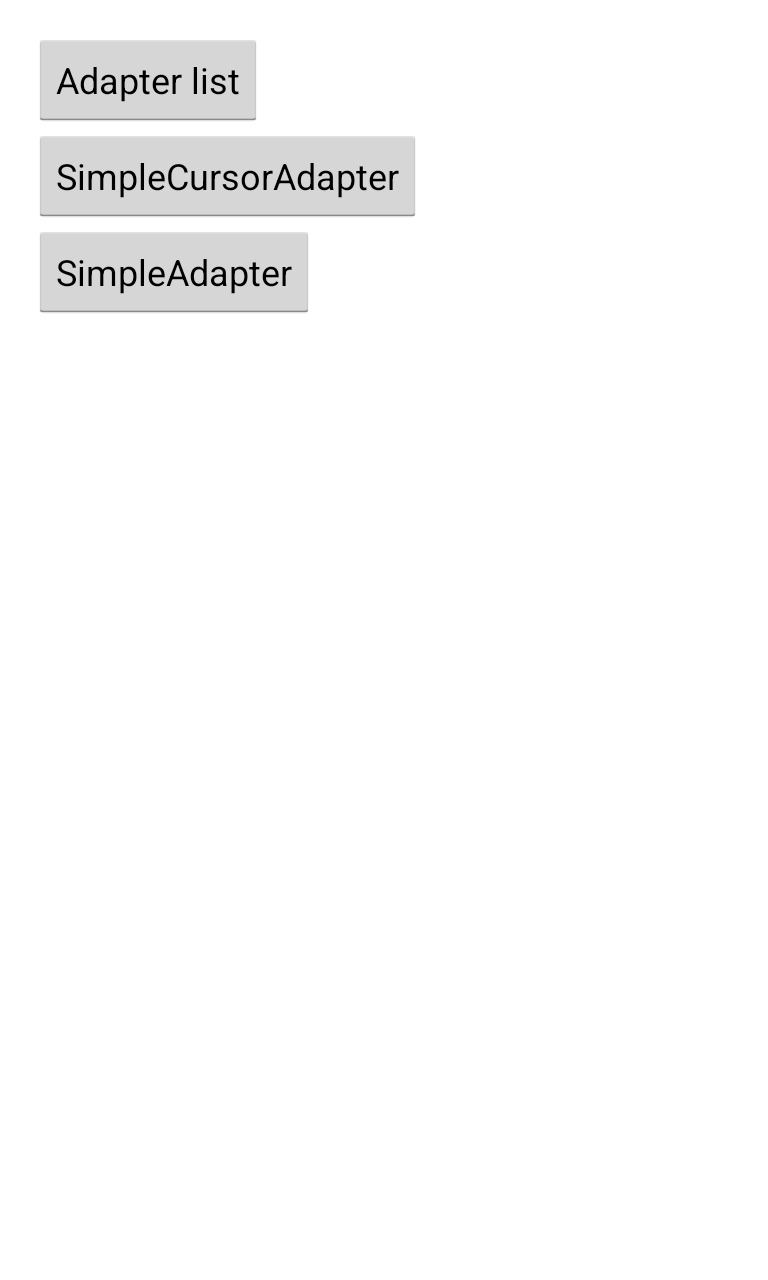
Repository: freelancer-dorian/exerciseAndroid
Layout: 05-20-UIBasic/List/res/layout/fragment_main.xml
An editor plug-in stored every save of this project. The layout is shown before and after the next save, followed by the edit.
It is drawn on a 768 x 1280 px phone screen (xhdpi) without system bars, with theme AppTheme; the app's code is not run.

Above is the layout before, as saved 2014-05-21 07:14:27.

After the next save:
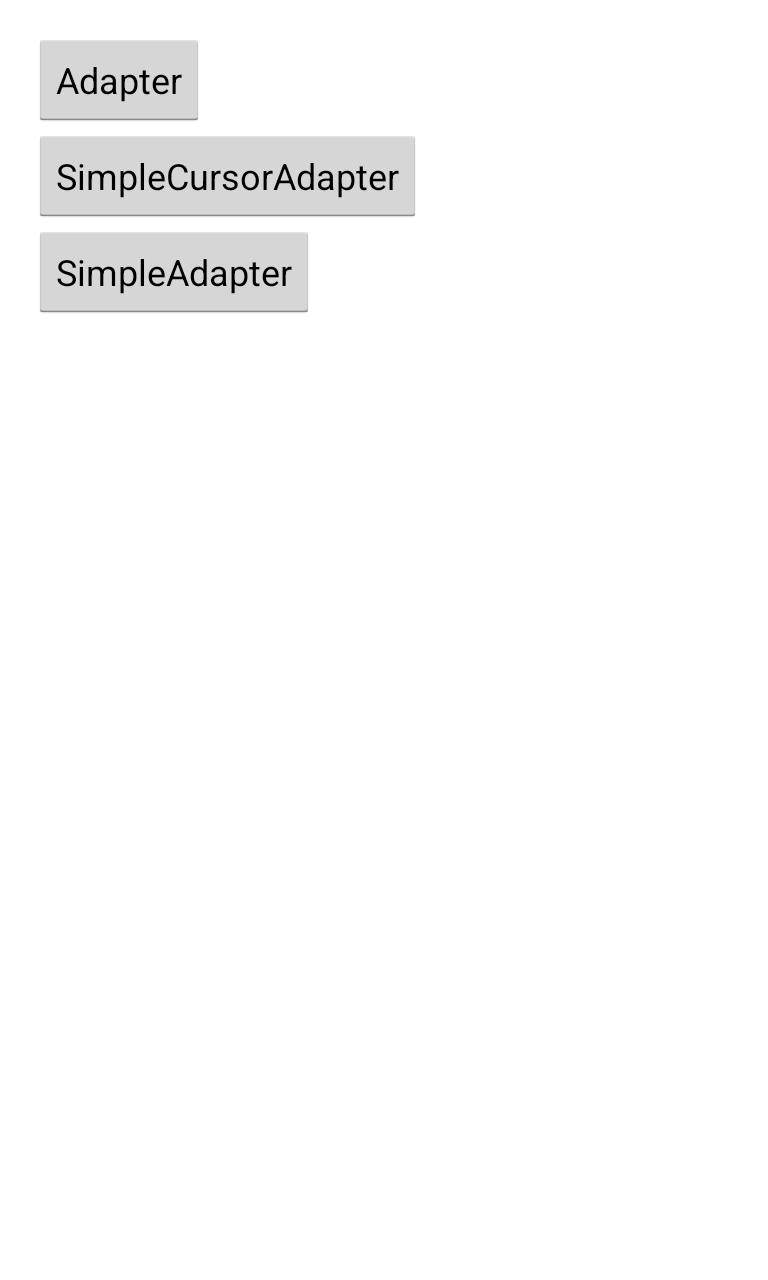
Saved 9 s later.
--- a/05-20-UIBasic/List/res/layout/fragment_main.xml
+++ b/05-20-UIBasic/List/res/layout/fragment_main.xml
@@ -14,7 +14,7 @@
         android:layout_height="wrap_content"
         android:layout_alignParentLeft="true"
         android:layout_alignParentTop="true"
-        android:text="Adapter list" />
+        android:text="Adapter" />
 
     <Button
         android:id="@+id/button2"
